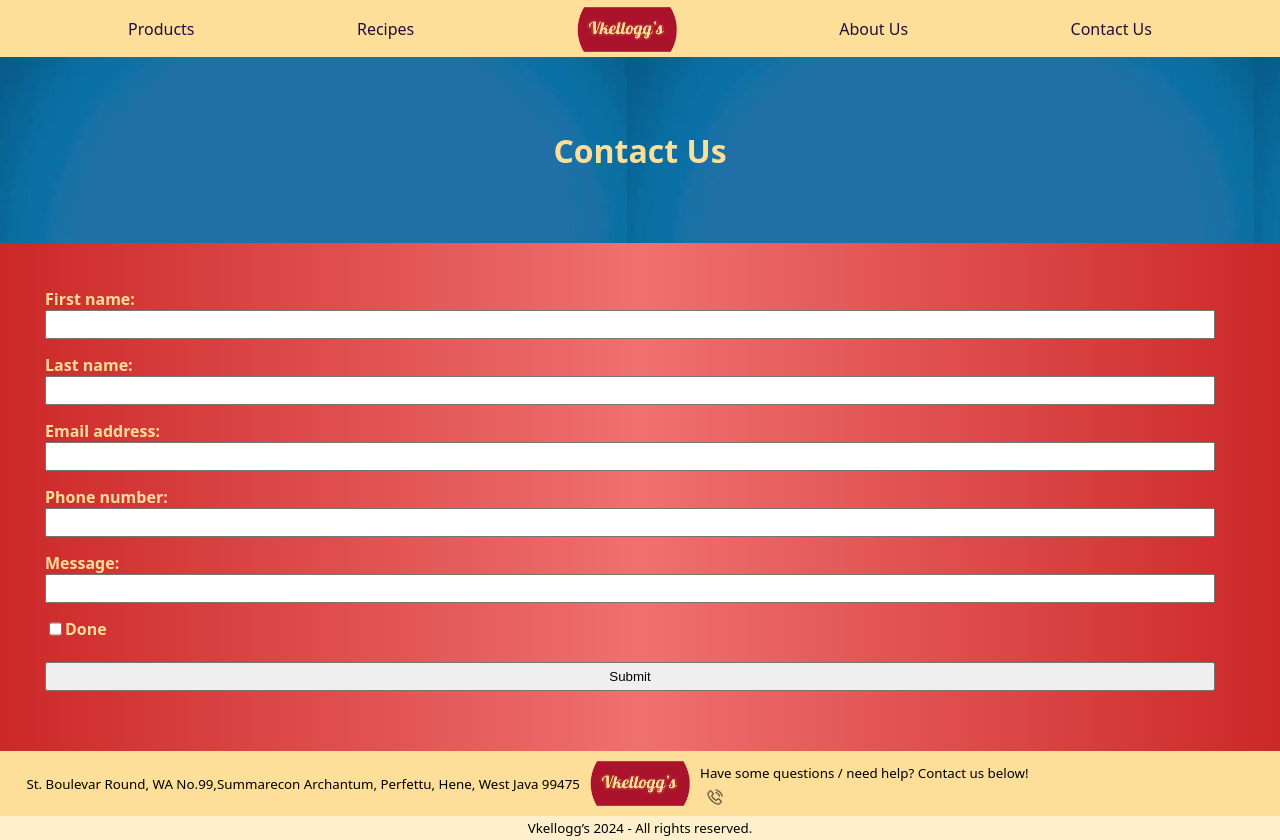
Repository: sugralld/VKelloggs
Page: Code and Assets/html/contactus.html
These files come from the project's save history. The page is drawn as it stood at one moment and after the next save; the edit follows.
The browser window is 1280 px wide. The pictures show the whole page.

Above is the page before, as saved 2024-12-03 21:15:35.

After the next save:
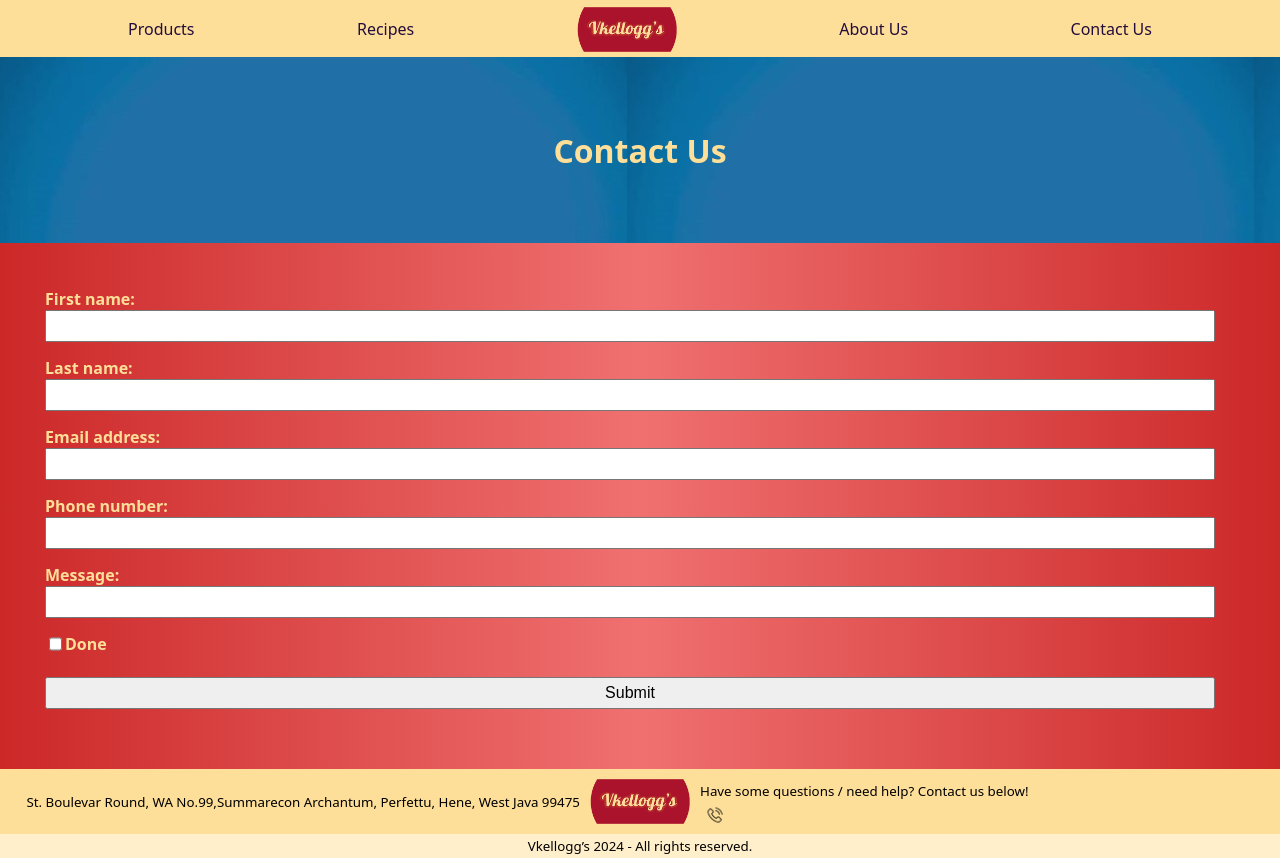
Saved 14 s later.
--- a/Code and Assets/css/contactus.css
+++ b/Code and Assets/css/contactus.css
@@ -24,7 +24,8 @@
     margin: 0 auto 15px; /* Jarak antar elemen */
     padding: 5px; /* Tambahkan padding untuk kenyamanan pengguna */
     box-sizing: border-box; /* Termasuk padding dalam perhitungan lebar */
-
+    font-family: Arial, sans-serif; /* Ubah font */
+    font-size: 16px;
 }
 
 .form .checkbox-container{
